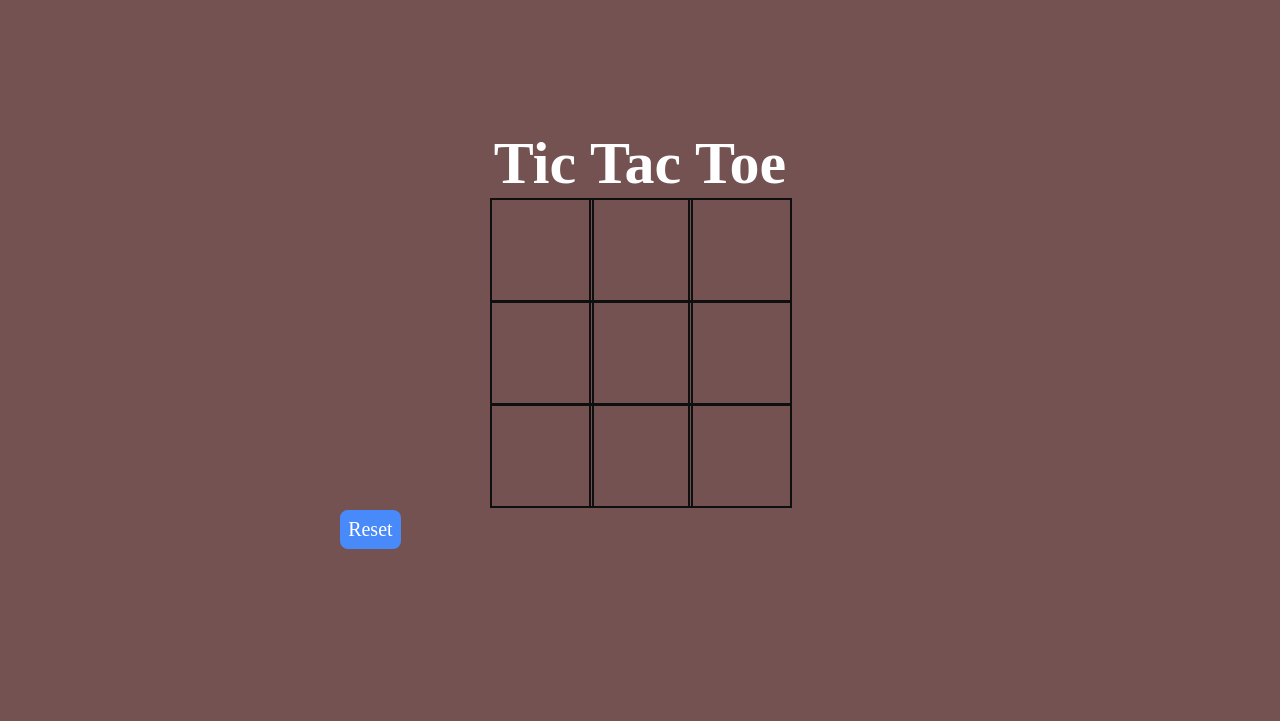
Repository: sedashahnazaryan/tic-tac-too
Page: index.html
These files come from the project's save history. The page is drawn as it stood at one moment and after a run of saves; the edit follows.
The browser window is 1280 px wide. The pictures show the whole page.

Above is the page before, as saved 2022-02-01 00:00:34.

### index.html
<!DOCTYPE html>
<html lang="en">
  <head>
    <meta charset="UTF-8" />
    <meta http-equiv="X-UA-Compatible" content="IE=edge" />
    <meta name="viewport" content="width=device-width, initial-scale=1.0" />
    <link rel="stylesheet" href="./index.css" />
    <title>Tic-Tac-Toe</title>
  </head>
  <main class="background">
    <section class="title">
        <h1>Tic Tac Toe</h1>
    </section>

    <section class="container">
        <div class="tile"></div>
        <div class="tile"></div>
        <div class="tile"></div>
        <div class="tile"></div>
        <div class="tile"></div>
        <div class="tile"></div>
        <div class="tile"></div>
        <div class="tile"></div>
        <div class="tile"></div>
    </section>
    <section class="display announcer hide"></section>
    <section class="controls">
        <button id="reset">Reset</button>
    </section>
</main>
  <body>
    <script src="index.js"></script>
  </body>
</html>

### index.css
* {
    padding: 0;
    margin: 0;
    font-family: 'Itim', cursive;
}
.background{
    background-color: #755252;
    height: 100vh;
    padding-top: 1px;
}
.title{
    color: white;
    text-align: center;
    font-size: 40px;
    margin-top: 10%;
}
.display
{
    color:white;
    font-size: 25px;
    text-align: center;
    margin-top: 1px;
    margin-bottom: 1pc;
}
.hide{
    display: none;
}
.container {
    margin: 0 auto;
    display: grid;
    grid-template-columns: 33% 33% 33%;
    grid-template-rows: 33% 33% 33%;
    max-width: 300px;
}
.tile {
    border: 2px solid rgb(15, 15, 15);
    min-width: 100px;
    min-height: 100px;
    display: flex;
    justify-content: center;
    align-items: center;
    font-size: 50px;
    cursor: pointer;
}
.playerX {
    color: #09C372;
}

.playerO {
    color: #498AFB;
}
.contrtols{
    display: flex;
    flex-direction: row;
    justify-content:center;
    align-items: center;
    margin-top: 1cm;
}
#reset{
    background-color: #498AFB;
    color: white;
    padding: 8px;
    border-radius: 8px;
    border: none;
    font-size: 20px;
    margin-left: 9cm;
    cursor: pointer;

}

### index.js
let board =[
    ["-","-","-"],
    ["-","-","-"],
    ["-","-","-"]
];
let boardStr =board[0].join(" ")+
"\n"+
board[1].join(" ")+
"\n"+
board[2].join(" ");

After the next 2 saves:
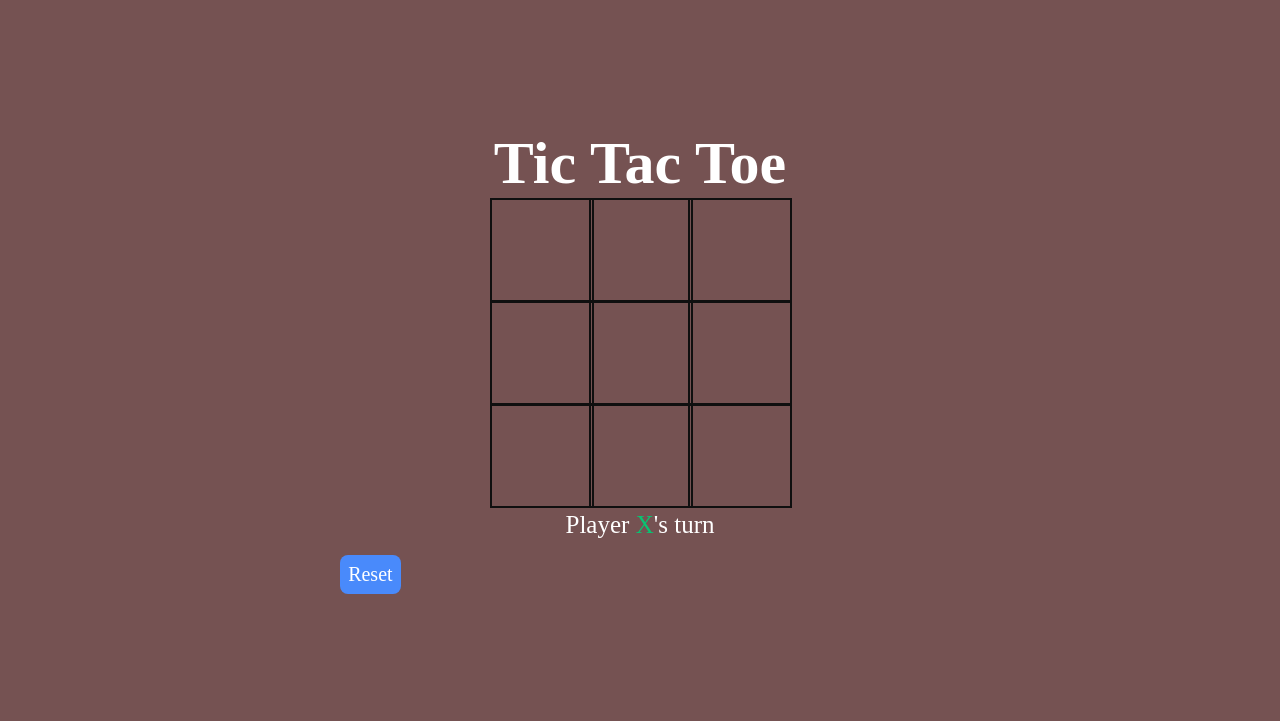
The 2 saves are shown as one change because they came seconds apart.
The last was saved 14 s later.
--- a/index.html
+++ b/index.html
@@ -23,6 +23,9 @@
         <div class="tile"></div>
         <div class="tile"></div>
     </section>
+    <section class="display">
+        Player <span class="display-player playerX">X</span>'s turn
+    </section>
     <section class="display announcer hide"></section>
     <section class="controls">
         <button id="reset">Reset</button>
